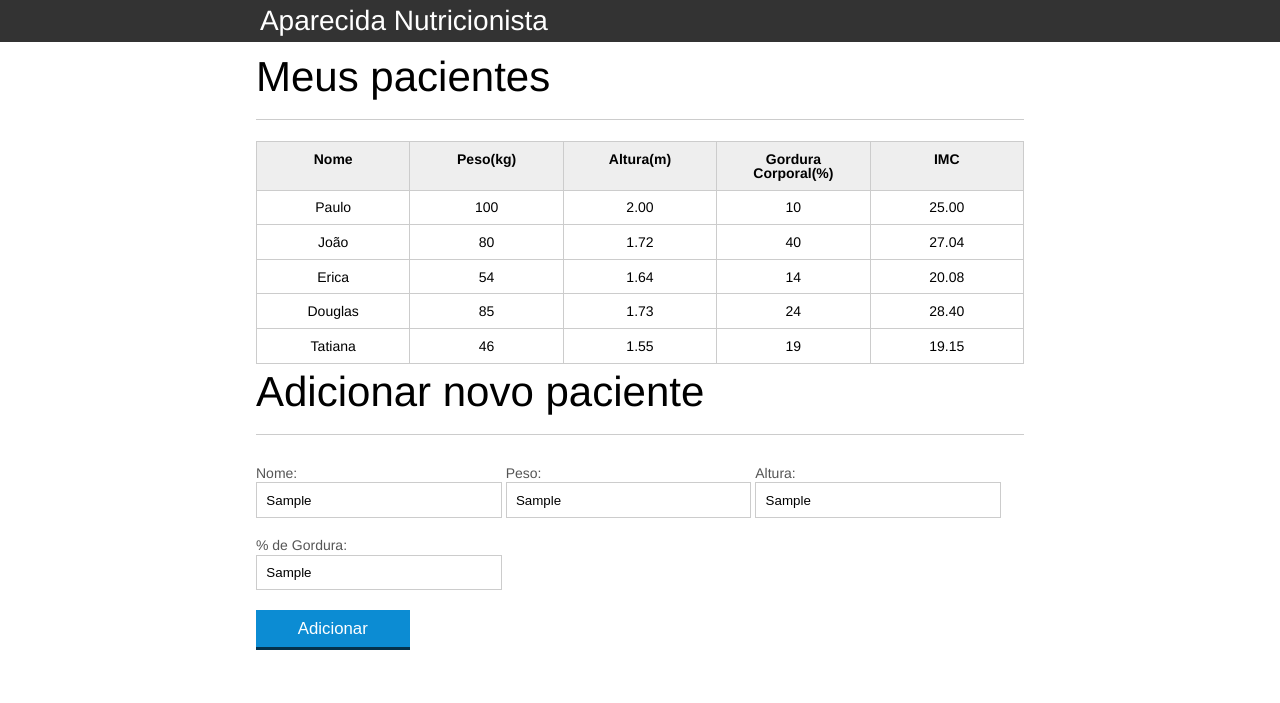
Repository: GabbLps/Controle-de-Clientes-Alura
Page: index.html
These files come from the project's save history. The page is drawn as it stood at one moment and after the next save; the edit follows.
The browser window is 1280 px wide. The pictures show the whole page.
Empty fields were first filled with sample values (such as "Sample", 5 or name@example.com).
After loading, the first visible `#adicionar-paciente` was clicked once.

Above is the page before, as saved 2022-05-12 17:57:57.

### index.html
<!DOCTYPE html>
<html lang="pt-br">
	<head>
		<meta charset="UTF-8">
		<title>Aparecida Nutrição</title>
		<link rel="icon" href="favicon.ico" type="image/x-icon">
		<link rel="stylesheet" type="text/css" href="css/reset.css">
		<link rel="stylesheet" type="text/css" href="css/index.css">

	</head>
	<body>

		<header>
			<div class="container">
				<h1 class="titulo">Aparecida Nutrição</h1>
			</div>
		</header>
		<main>
			<section class="container">
				<h2>Meus pacientes</h2>
				<table>
					<thead>
						<tr>
							<th>Nome</th>
							<th>Peso(kg)</th>
							<th>Altura(m)</th>
							<th>Gordura Corporal(%)</th>
							<th>IMC</th>
						</tr>
					</thead>
					<tbody id="tabela-pacientes">
						<tr class="paciente" id="primeiro-paciente" >
							<td class="info-nome">Paulo</td>
							<td class="info-peso">100</td>
							<td class="info-altura">2.00</td>
							<td class="info-gordura">10</td>
							<td class="info-imc">0</td>
						</tr>

						<tr class="paciente" >
							<td class="info-nome">João</td>
							<td class="info-peso">80</td>
							<td class="info-altura">1.72</td>
							<td class="info-gordura">40</td>
							<td class="info-imc">0</td>
						</tr>

						<tr class="paciente" >
							<td class="info-nome">Erica</td>
							<td class="info-peso">54</td>
							<td class="info-altura">1.64</td>
							<td class="info-gordura">14</td>
							<td class="info-imc">0</td>
						</tr>

						<tr class="paciente">
							<td class="info-nome">Douglas</td>
							<td class="info-peso">85</td>
							<td class="info-altura">1.73</td>
							<td class="info-gordura">24</td>
							<td class="info-imc">0</td>
						</tr>
						<tr class="paciente" >
							<td class="info-nome">Tatiana</td>
							<td class="info-peso">46</td>
							<td class="info-altura">1.55</td>
							<td class="info-gordura">19</td>
							<td class="info-imc">0</td>
						</tr>
					</tbody>
				</table>

			</section>
		</main>

		<section class="container">
			<h2 id="titulo-form">Adicionar novo paciente</h2>
			<span id="mensagem-erro"></span>
			<form id="form-adiciona">
				<div class="grupo">
					<label for="nome">Nome:</label>
					<input id="nome" name="nome" type="text" placeholder="Digite o nome do seu paciente" class="campo">
				</div>
				<div class="grupo">
					<label for="peso">Peso:</label>
					<input id="peso" name="peso" type="text" placeholder="Digite o peso do seu paciente" class="campo campo-medio">
				</div>
				<div class="grupo">
					<label for="altura">Altura:</label>
					<input id="altura" name="altura" type="text" placeholder="Digite a altura do seu paciente" class="campo campo-medio">
				</div>
				<div class="grupo">
					<label for="gordura">% de Gordura:</label>
					<input id="gordura" type="text" placeholder="Digite a porcentagem de gordura do seu paciente" class="campo campo-medio">
				</div>

				<button id="adicionar-paciente" class="botao bto-principal">Adicionar</button>
			</form>
		</section>

		<script src="js/calcula-imc.js"></script>
		<script src="js/form.js"></script>
	</body>
</html>

### css/index.css
*{
	box-sizing: border-box;
 }

body{
	font-family: "Helvetica Neue", "Helvetica", Helvetica, Arial, sans-serif;
	font-size: 14px;
}

header{
	background-color: #333;
	height: 3em;
	color: #FFF;
	margin-bottom: 1em;
}

header h1{
	font-size: 2em;
	display:inline-block;
	vertical-align:	middle;
}
header h2{
	font-size: 2em;
	display:inline-block;
	vertical-align:	middle;
}

header .container:before{
	content: '';
	display:inline-block;
	height: 100%;
	vertical-align:	middle;
}

.container{
	width: 60%;
	height: 100%;
	margin: 0 auto;
}

section{
	margin: 2em 0;
	overflow: hidden;
}

section h2{
	font-size: 3em;
	display: block;
	padding-bottom: .5em;
	border-bottom: 1px solid #ccc;
	margin-bottom: .5em;
}

table{
	width: 100%;
	margin-bottom : .5em;
    table-layout: fixed;

}

td, th {
	padding: .7em;
	margin: 0;
	border: 1px solid #ccc;
	text-align: center;
}

th{
	font-weight: bold;
	background-color: #EEE;
}

label{
	color: #555;
	display: block;
	margin-bottom: .2em;
}

.campo{
	margin: 0;
	padding-bottom: 1em;
	width: 100%;
	border: 1px solid #ccc;
	padding: .7em;
	width: 100%;
}

.campo-medio{
	display: inline-block;
	padding-right: .5em;
}

.grupo{
	width: 32%;
	display: inline-block;
	padding: 10px 0px;
}

button{
	padding: .5em 2em;
	border: 0;
	border-bottom: 3px solid;
	font-size: 1.2em;
	cursor: pointer;
	margin: 0;
	margin-top: -3px;
	color: #fff;
	background-color:#0c8cd3;
	border-color: #04324c;
	width: 20%;
    display: block;
    clear: both;
    margin: 10px 0px;

}

button:active{
	margin-top:0px;
	border: 0;
}

button[disabled=disabled], button:disabled {
    background-color: gray;
	border-color: darkgray;

}

.adicionar-paciente{
    margin-top: 30px;
}

.campo-invalido{
	border: 1px solid red;
}

#mensagem-erro{
	color:red;
}

.paciente-invalido {
	background-color: lightcoral;
}

### js/calcula-imc.js
var titulo = document.querySelector(".titulo");
titulo.textContent = "Aparecida Nutricionista";

var pacientes = document.querySelectorAll(".paciente");

for(var i = 0;i < pacientes.length; i++) {

    var paciente = pacientes[i];

    var tdPeso = paciente.querySelector(".info-peso");
    var peso = tdPeso.textContent;

    var tdAltura = paciente.querySelector(".info-altura");
    var altura = tdAltura.textContent;

    var tdImc = paciente.querySelector(".info-imc");

    var pesoEhValido = validaPeso(peso); //true or false
    var alturaEhValida = validaAltura(altura); //true or false

    if(!pesoEhValido) {
        console.log("Peso inválido!")
        pesoEhValido = false;
        tdImc.textContent = "Peso inválido!"
        paciente.classList.add("paciente-invalido");
    }

    if(!alturaEhValida) {
        console.log("Altura inválida!")
        pesoEhValido = false;
        tdImc.textContent = "Altura inválida!";
        paciente.classList.add("paciente-invalido");
    }

    if(pesoEhValido && alturaEhValida) {
        var imc = calculaImc(peso,altura);
        tdImc.textContent = imc;
    }
}

function validaPeso(peso) {
    if(peso >= 0 && peso < 1000) {
        return true;
    }else{
        return false;
    }
}

function validaAltura(altura) {
    if(altura >= 0 && altura <= 3.0) {
        return true;
    } else {
        return false;
    }
}

function calculaImc(peso,altura) {
    var imc = 0;

    imc = peso / (altura*altura);

    return imc.toFixed(2);
}

### js/form.js
var botaoAdicionar = document.querySelector("#adicionar-paciente");
botaoAdicionar.addEventListener("click", function(event) {
    event.preventDefault();

    var form = document.querySelector("#form-adiciona");
    var paciente = obtemPacienteDoFormulario(form);

    var pacienteTr = montaTr(paciente);

    var erro = validaPaciente(paciente);

    if(erro.length > 0){
        var mensagemErro = document.querySelector("#mensagem-erro");
        return;
    }

    //  Adicionando paciente na tabela
    var tabela = document.querySelector("#tabela-pacientes");

    tabela.appendChild(pacienteTr);
    form.reset();
});

function obtemPacienteDoFormulario(form) {

    var paciente = {
        nome: form.nome.value,
        peso: form.peso.value,
        altura: form.altura.value,
        gordura: form.gordura.value,
        imc: calculaImc(form.peso.value, form.altura.value)
    }
    return paciente;
}

function montaTr(paciente){
    var pacienteTr = document.createElement("tr");  // Cria uma tr
    pacienteTr.classList.add("paciente");

    pacienteTr.appendChild(montaTd(paciente.nome, "info-nome"));   // Adiciona nomeTd dentro da Tr
    pacienteTr.appendChild(montaTd(paciente.peso, "info-peso"));
    pacienteTr.appendChild(montaTd(paciente.altura, "info-altura"));
    pacienteTr.appendChild(montaTd(paciente.gordura, "info-gordura"));
    pacienteTr.appendChild(montaTd(paciente.imc, "info-imc"));

    return pacienteTr;
}

function montaTd(dado,classe) {
    var td = document.createElement("td");  // Cria uma  td
    td.textContent = dado;   //  Adiciona um valor para essa td
    td.classList.add(classe); // Adiciona a classe no Td
    return td;
}

function validaPaciente(paciente) {
    if(validaPeso(paciente.peso)){
        return "";
    }else{
        return "O peso é inválido!";
    }
}

Loaded but not shown: css/reset.css (common file)

After the next save:
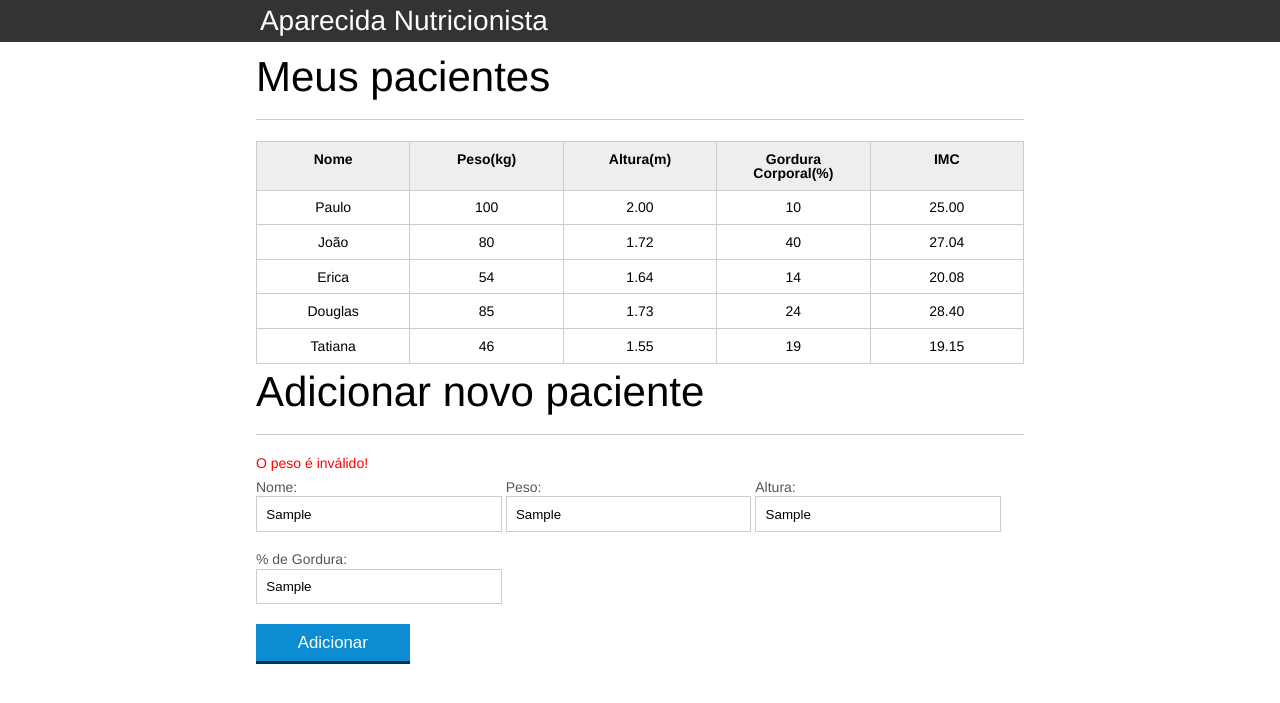
Saved 26 s later.
--- a/js/form.js
+++ b/js/form.js
@@ -11,6 +11,7 @@ botaoAdicionar.addEventListener("click", function(event) {
 
     if(erro.length > 0){
         var mensagemErro = document.querySelector("#mensagem-erro");
+        mensagemErro.textContent = erro;
         return;
     }
 
